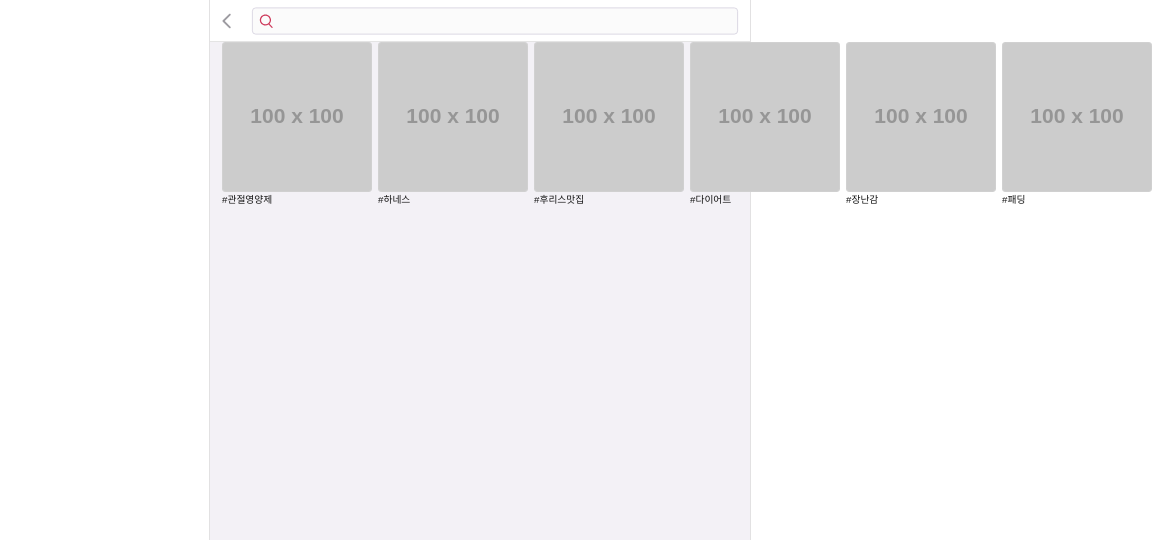
Repository: gosun1018/denguru
Page: search_review_item.html
The author's editor kept a copy of each file at every save. The page is drawn from the files as they stood at one save, then again after the next save.
The browser window is 1280 px wide. The page is 1552 px wide, then 1280 px, then 1552 px, so the pictures cover 1552 px, including what lies to the right of the window. The pictures show the whole page, at 75% of full size.
Some web fonts or font styles are not loaded; a fallback is used. The style sheet was rebuilt from its Sass, Less or Tailwind sources for each picture, by a compiler version that may differ from the author's.

Above is the page before, as saved 2020-04-06 11:03:40.

### search_review_item.html
<!DOCTYPE html>
<html lang="ko">
<head>
    <meta charset="UTF-8">
    <meta name="viewport" content="width=device-width, initial-scale=1.0">
    <title>리뷰제품 선택</title>
    <link rel="stylesheet" href="https://unpkg.com/swiper/css/swiper.min.css">
    <link rel="stylesheet" href="css/main.css">
    <script src="https://unpkg.com/swiper/js/swiper.min.js"></script>
</head>
<body>
    <div class="wrap">
        <header class="header02">
            <h1 class="blind">리뷰제품 선택</h1>
            <a href="javascript:document.referrer? history.back() : location.href = 'home_review_write.html'" class="btn_goback"><img src="images/icon-goback.svg" alt="뒤로가기" class="icon"></a>
            <div class="h_search_box">
                <form action="">
                    <label for="inpSearch" class="lab_search"><img src="images/icon-search.svg" alt="검색" class="icon_search"></label>
                    <input type="search" name="inpSearch" class="inp_search" id="inpSearch">
                    <button type="button" class="btn_del btn_linkstyle blind" id="btnDel"><img src="images/icon-del.svg" alt="취소" class="icon"></button>
                </form>
            </div>
        </header>

        <div class="main">
            <div class="pd_header02"></div>
            <div class="hash_list_container swiper-container">
                <h3 class="blind">인기 검색어</h3>
                <ul class="item_list04 swiper-wrapper">
                    <li class="item_box swiper-slide">
                        <a href="search_result.html">
                            <div class="item_thum"><img src="http://placehold.it/100x100" alt="#관절영양제" class="img"></div>
                            <div class="hash">#관절영양제</div>
                        </a>
                    </li>
                    <li class="item_box swiper-slide">
                        <a href="search_result.html">
                            <div class="item_thum"><img src="http://placehold.it/100x100" alt="#하네스" class="img"></div>
                            <div class="hash">#하네스</div>
                        </a>
                    </li>
                    <li class="item_box swiper-slide">
                        <a href="search_result.html">
                            <div class="item_thum"><img src="http://placehold.it/100x100" alt="#후리스맛집" class="img"></div>
                            <div class="hash">#후리스맛집</div>
                        </a>
                    </li>
                    <li class="item_box swiper-slide">
                        <a href="search_result.html">
                            <div class="item_thum"><img src="http://placehold.it/100x100" alt="#관절영양제" class="img"></div>
                            <div class="hash">#다이어트</div>
                        </a>
                    </li>
                    <li class="item_box swiper-slide">
                        <a href="search_result.html">
                            <div class="item_thum"><img src="http://placehold.it/100x100" alt="#하네스" class="img"></div>
                            <div class="hash">#장난감</div>
                        </a>
                    </li>
                    <li class="item_box swiper-slide">
                        <a href="search_result.html">
                            <div class="item_thum"><img src="http://placehold.it/100x100" alt="#후리스맛집" class="img"></div>
                            <div class="hash">#패딩</div>
                        </a>
                    </li>
                </ul>
            </div>
        </div>
    </div>

    <script>

        var swiper = new Swiper('.hash_list_container', {
            slidesPerView: 'auto',
            spaceBetween: 0,
        });

    </script>
</body>
</html>

### css/scss/main.scss
@charset "utf-8";

//utils
@import "utils/variables";
@import "utils/mixins";
@import "utils/animations";

// base
@import "base/reset";
@import "base/layout";
@import "base/typography";

//modules
@import "modules/swipercustom";
@import "modules/form";
@import "modules/button";
@import "modules/popup";
@import "modules/popover";
@import "modules/toast";
@import "modules/pagination";

//component
@import "component/header";
@import "component/navigation";
@import "component/itemlist";
@import "component/reviewlist";
@import "component/taglist";
@import "component/postlist";
@import "component/postcontent";

//pages
@import "pages/mainpg";
@import "pages/search";
@import "pages/resister-pet";
@import "pages/review";
@import "pages/home-item-info";
@import "pages/gostore";
@import "pages/store";
@import "pages/password-mail-complete";
@import "pages/my-main";
@import "pages/my-notification";
@import "pages/members";
@import "pages/withdrawal";
@import "pages/order-history";
@import "pages/mycomplain";
@import "pages/category-special";
@import "pages/pick";
@import "pages/personal-info";

### css/scss/utils/_mixins.scss
@mixin clearfix {
    &:after {
        content: '';
        display: block;
        clear: both;
    }
}

@mixin position-center($position) {
    position: $position;
    top: 50%;
    left: 50%;
    transform: translate(-50%, -50%);
}

@mixin one-line-ellipsis {
    white-space: nowrap;
    text-overflow: ellipsis;
    overflow: hidden;
}

@mixin multi-line-ellipsis ($line-height, $lines) {
    overflow: hidden;
    text-overflow: ellipsis;
    display: -webkit-box;
    -webkit-line-clamp: $lines;
    -webkit-box-orient: vertical;
    word-wrap: break-word;
    line-height: $line-height;
    height: $line-height * $lines * 1em;
}

@mixin circle ($box-size) {
    width: $box-size;
    height: $box-size;
    border-radius: $box-size / 2;
}

@mixin blind {
    position: absolute;
    overflow: hidden;
    clip: rect(0 0 0 0);
    margin: -1px;
    width: 1px;
    height: 1px;
}

@mixin layout-frame {
    width: 100%;
    max-width: 720px;
    min-width: 320px;
}

@mixin thumnail {
    position: relative;
    overflow: hidden;

    .img {
        position: absolute;
        top: 0;
        left: 0;
        width: 100%;
        height: 100%;
        object-fit: cover;
    }
}

@mixin thumnail-border($radius) {
    position: relative;

    &:after {
        content: '';
        position: absolute;
        top: 0;
        left: 0;
        width: 100%;
        height: 100%;
        box-sizing: border-box;
        border: 1px solid rgba($gray-2, 0.5);
        border-radius: $radius;
    }
}

@mixin btn-color-full($color) {
    background-color: $color;
    border: 1px solid $color;
}

### css/scss/utils/_animations.scss
@keyframes width-0-to-100 {
    from {
        width: 0;
    }

    to {
        width: 100%;
    }
}

### css/scss/base/_reset.scss
/* http://meyerweb.com/eric/tools/css/reset/
   v2.0 | 20110126
   License: none (public domain)
*/

html, body, div, span, applet, object, iframe, h1, h2, h3, h4, h5, h6, p, blockquote, pre, a, abbr, acronym, address, big, cite, code, del, dfn, em, img, ins, kbd, q, s, samp, small, strike, strong, sub, sup, tt, var, b, u, i, center, dl, dt, dd, ol, ul, li, fieldset, form, label, legend, table, caption, tbody, tfoot, thead, tr, th, td, article, aside, canvas, details, embed, figure, figcaption, footer, header, hgroup, menu, nav, output, ruby, section, summary, time, mark, audio, video {
    margin: 0;
    padding: 0;
    border: 0;
    font-size: 100%;
    font: inherit;
    vertical-align: baseline; }

  /* HTML5 display-role reset for older browsers */

  article, aside, details, figcaption, figure, footer, header, hgroup, menu, nav, section {
    display: block; }

  body {
    line-height: 1; }

  ol, ul {
    list-style: none; }

  blockquote, q {
    quotes: none; }

  blockquote {
    &:before, &:after {
      content: '';
      content: none; } }

  q {
    &:before, &:after {
      content: '';
      content: none; } }

  table {
    border-collapse: collapse;
    border-spacing: 0; }

  a {
    color: inherit;
    text-decoration: none;
  }
  :focus {
    outline-color: $main-color;
  }

### css/scss/modules/_swipercustom.scss
.swiper-pagination {

    .swiper-pagination-bullet {
        width: 8px;
        height: 8px;
    }
}
.swiper-container-horizontal>.swiper-pagination-bullets .swiper-pagination-bullet {
    margin: 0 $layout-small-padding;
}

.pagination_main {
    .swiper-pagination-bullet {
        background-color: #b8b3c3;
        opacity: 1;
    }
    .swiper-pagination-bullet-active {
        background-color: $main-color;
    }
}
.pagination_white {
    .swiper-pagination-bullet {
        background-color: #b8b3c3;
        opacity: 1;
    }
    .swiper-pagination-bullet-active {
        background-color: $gray-0;
    }
}
.swiper-pagination {font-size: 0;}

.items_wrap.swiper-container {
    padding: 0 $layout-base-padding 10px;
}

### css/scss/modules/_popover.scss
.popover_container {
    position: relative;
}
.popover {
    display: none;
    position: absolute;
    padding: 8px;
    border-radius: $base-border-radius;
    word-break: keep-all;
    font-size: $base-font-size;
    line-height: $base-line-height;
    box-shadow: 0 1px 4px rgba(0,0,0,0.15);

    &:before {
        content: '';
        position: absolute;
        display: block;
        width: 12px;
        height: 12px;
        // border: 5px solid transparent;
        background-repeat: no-repeat;
        background-size: contain;
        background-position: center bottom;
    }
    &.show {
        display: block;
    }
}
.popover_main {
    background-color: #ebe3ff;
    color: $base-font-color;
    border: 1px solid #cac2de;

    &.popover_right_top:before {
        background-image: url(/images/popover-triangle-main.png);
    }
}
.popover_right_top{
    top: calc(100% + 6px);
    right: -5px;

    &:before {
        top: -12px;
        right: 5px;
    }
}

### css/scss/modules/_toast.scss
.toast_box {
    position: fixed;
    bottom: $gnb-bottom-height;
    left: $layout-base-padding;
    right: $layout-base-padding;
    display: flex;
    justify-content: center;
    align-items: center;
    padding: $layout-small-padding;
    min-height: 48px;
    box-sizing: border-box;
    background-color: rgba(0,0,0,0.85);
    color: #fff;
    font-size: $base-font-size;
    line-height: $base-line-height;
    text-align: center;
    word-break: keep-all;
    border-radius: $large-border-radius;
    overflow: hidden;
    visibility: hidden;
    opacity: 0;
    transition: opacity .5s, visibility .5s, transform .5s;
    z-index: 900;

    &.show {
        opacity: 1;
        visibility: visible;
        transform: translate(0, $layout-small-padding*-1);
    }
}

### css/scss/modules/_pagination.scss
.pagination01 {
    display: flex;
    justify-content: center;

    .page {
        height: 24px;
        min-width: 24px;
        padding: 0 3px;
        box-sizing: border-box;
        border-radius: 12px;
        margin: 0 4px;
        text-align: center;
        font-size: $base-font-size;
        line-height: 24px;
        color: $light-font-color;

        &.active {
            background-color: $main-color;
            color: $gray-0;
            font-weight: 900;
        }
        &.disabled {
            opacity: .5;
        }
    }
    .page_link {
        display: block;
        width: 100%;
        height: 100%;

        .icon {
            padding-top: 3px;
            // height: 100%;
            object-fit: contain;
        }
    }
}

### css/scss/component/_taglist.scss
.tag_list01 {

    .tag_item {
        width: fit-content;
        float: left;

        .btn {
            margin: 0 4px;
        }
        &:first-child .btn {
            margin-left: $layout-base-padding;
        }
        &:last-child .btn {
            margin-right: $layout-base-padding;
        }

        &.active .btn {
            font-weight: bold;
            background-color: $secondary-color;
            border-color: $secondary-color;
        }
    }
}

### css/scss/component/_postlist.scss
.post_list_wrap {
    flex: 1;
    padding: $layout-small-padding 0 $layout-base-padding;
    background-color: $gray-0;

    .pagination01 {
        margin-top: $layout-base-padding * 2;
    }
}

.post_list01 {
    padding: 0 $layout-base-padding;

    .post_item {
        padding: $layout-base-padding 0;
        border-bottom: $light-border;
    }
    .post_date {
        margin-bottom: $layout-small-padding;
        font-size: $small-font-size;
        color: $light-font-color;
    }
    .post_title {
        font-size: $base-font-size;
        color: $bold-font-color;
        @include multi-line-ellipsis($base-line-height,2);
        height: auto;
        max-height: $base-line-height * 2em;

        .icon_new {
            height: 1em;
            vertical-align: middle;
        }
    }
}

### css/scss/pages/_gostore.scss
.h_load_bar_box {
    display: none;
    width: 100%;
    height: 4px;
    background-color: $bg-gray-color;
    overflow: hidden;

    &.show {
        display: block;
    }

    .h_load_bar {
        width: 0;
        height: 100%;
        background-color: $main-color;
        border-radius: 0 2px 2px 0;
        animation: ease-in-out 5s forwards width-0-to-100;
    }
}

.load_gostore_container {
    display: none;
    flex: 1;
    box-sizing: border-box;
    flex-direction: column;
    background-color: $gray-0;

    &.show {
        display: flex;
    }

    .load_img_container {
        display: flex;
        flex: 7;
        justify-content: center;
        align-items: center;
    }
    .load_img_box {
        width: 140px;
        margin: 0 auto 22px;
    }
    .load_txt_box {
        text-align: center;

        .txt01 {
            font-size: 20px;
            color: $base-font-color;
            font-weight: 900;
        }
        .txt02 {
            margin-top: $layout-small-padding;
            font-size: $large-font-size;
            color: $base-font-color;
        }
        .emph {
            color: $main-font-color;
        }
    }
    .load_notice_container {
        display: flex;
        justify-content: center;
        align-items: center;
        flex: 3;
        background-color: $gray-1;
        text-align: center;
        font-size: $small-font-size;
        line-height: $base-line-height;
        color: $light-font-color;
    }
}
.page_store {
    display: none;
    flex: 1;
    overflow-y: auto;
    overflow-x: hidden;

    &.show {
        display: block;
    }
}

### css/scss/pages/_password-mail-complete.scss
.mail_complete_container {
    height: 100vh;
    display: flex;
    flex-direction: column;
    justify-content: center;
    align-items: center;
    background-color: $gray-0;

    .img_motion_box {
        width: 140px;
        margin: 0 auto;

        .img {
            width: 100%;
        }
    }
    .mail_complete_txt01 {
        margin-top: $layout-large-padding;
        text-align: center;
        font-size: 20px;
        line-height: $narrow-line-height;
        font-weight: 900;

        .emph {
            color: #8054ea;
        }
    }
    .mail_complete_txt02 {
        margin-top: 12px;
        text-align: center;
        font-size: $base-font-size;
        line-height: $base-line-height;
        color: $base-font-color;
    }
    .btn_box {
        margin-top: 60px;
        justify-content: center;
    }
    .btn_mail_success {
        width: 90px;
        height: 40px;
        font-size: $large-font-size;
        line-height: 40px;
    }
}

### css/scss/pages/_my-notification.scss
.notification_list_container {
    background-color: $gray-0;

    .notification_box {
        position: relative;
        padding: $layout-large-padding $layout-base-padding;

        &:not(:first-child):before {
            content: '';
            display: block;
            position: absolute;
            top: 0;
            left: $layout-base-padding;
            right: $layout-base-padding;
            height: 1px;
            background-color: $gray-1;
        }
    }
    .notification_new {
        background-color: $bg-gray-color;
    }
    .notification_link {
        display: flex;
    }
    .icon_box {
        flex-shrink: 0;
        width: 24px;
        height: 24px;
        margin-right: $layout-base-padding;
    }
    .notification_content {
        flex: 1;
    }
    .notification_title {
        font-size: $base-font-size;
        color: $bold-font-color;
        line-height: $base-line-height;
    }
    .notification_date {
        margin-top: 4px;
        font-size: $small-font-size;
        color: $light-font-color;
    }
    .notification_img {
        margin-top: $layout-base-padding;
    }
}

### css/scss/pages/_withdrawal.scss
.withdrawal_title_container {
    padding: $layout-base-padding*2 $layout-base-padding;
    background-color: $gray-0;

    .img_box {
        height: 64px;

        .img {
            height: 100%;
            object-fit: contain;
        }
    }
    .withdrawal_title {
        margin-top: $layout-base-padding;
        font-size: $title-font-size;
        font-weight: bold;
        color: $bold-font-color;
    }
}
.withdrawal_info_container {
    padding: $layout-large-padding 0;

    .withdrawal_item_num {
        font-weight: bold;
        color: $main-font-color;
    }
    .title07 {
        margin: 0 $layout-base-padding;
    }
}
.withdrawal_item_box {
    margin-bottom: $layout-large-padding;

    .withdrawal_item_list_container {
        margin-top: $layout-small-padding;
    }
    .thumb_box {
        width: 56px;
        height: 56px;
        overflow: hidden;
        border-radius: $base-border-radius;
        @include thumnail;
    }
    .withdrawal_item_bnr {
        margin: $layout-base-padding $layout-base-padding 0;
    }
}
.withdrawal_notice_box {
    padding: 0 $layout-base-padding;

    .withdrawal_notice {
        margin-top: $layout-small-padding;
        font-size: $small-font-size;
        color: $base-font-color;
        line-height: $base-line-height;
    }
}
.withdrawal_btn_container {
    flex: 1;
    padding: $layout-large-padding $layout-base-padding;
    background-color: $gray-0;

    .btn_box {
        margin-top: $layout-large-padding;
    }
}

### css/scss/pages/_category-special.scss
.category_wrap {
    background-color: $gray-0;

    .title08 {
        padding: $layout-large-padding $layout-base-padding 0;
    }
}

.special_wrap {
    margin-top: $layout-small-padding;
    padding-bottom: $layout-large-padding;
    flex: 1;
    background-color: $gray-0;

    .title08 {
        padding: $layout-large-padding $layout-base-padding 0;
    }
    .store_list_hash {
        padding-bottom: 0;
    }
    .banner_list {
        padding: 0 $layout-base-padding;
    }
    .banner_box{
        border-radius: $base-border-radius;
        overflow: hidden;

        &:not(:last-child) {
            margin-bottom: $layout-base-padding;
        }
    }
}
.special_item_list_container {

    .title09 {
        padding: 0 $layout-base-padding;
        margin-bottom: $layout-base-padding;
    }
}
.event_post_content_wrap {
    padding-top: $layout-large-padding;
    background-color: $gray-0;

    .title06 {
        margin: 0 $layout-base-padding $layout-base-padding;
    }
}

### css/scss/pages/_personal-info.scss
.recommand_password_container {
    flex: 1;
    display: flex;
    flex-direction: column;
    justify-content: center;
    // align-items: center;
    background-color: $gray-0;
    padding: 48px 0;
}
.recommand_password_title_box {
    margin-bottom: $layout-large-padding;
    font-size: $title-font-size;
    font-weight: bold;
    color: $bold-font-color;
    line-height: $narrow-line-height;
}
.recommand_password_img_box {
    margin: 0 auto $layout-base-padding;
    height: 96px;
    text-align: center;

    .img {
        height: 100%;
    }
}
.recommand_password_txt_box {
    padding: 0 $layout-base-padding;
    margin-bottom: $layout-large-padding;
    font-size: $base-font-size;
    color: $base-font-color;
    line-height: $base-line-height;
}
.change_password_form_container {
    padding: 0 $layout-base-padding*2;

    .btn {
        font-size: $base-font-size;
        height: 40px;
        line-height: 38px;
    }
    .inp_box04 {
        margin-bottom: $layout-base-padding;
    }
    .inp_txt::placeholder {
        font-size: 12px;
    }
    @media screen and (max-width: 359px) {
        padding: 0 $layout-base-padding;
    }
}

Loaded but not shown: css/scss/component/_reviewlist.scss (493 lines, source omitted); css/scss/modules/_form.scss (459 lines, source omitted); css/scss/pages/_search.scss (451 lines, source omitted); css/scss/component/_header.scss (459 lines, source omitted); css/scss/pages/_review.scss (399 lines, source omitted); css/scss/component/_itemlist.scss (324 lines, source omitted); css/scss/pages/_my-main.scss (264 lines, source omitted); css/scss/pages/_store.scss (238 lines, source omitted); css/scss/modules/_popup.scss (241 lines, source omitted); css/scss/pages/_home-item-info.scss (180 lines, source omitted); css/scss/pages/_order-history.scss (188 lines, source omitted); css/scss/component/_navigation.scss (177 lines, source omitted); css/scss/pages/_members.scss (167 lines, source omitted); css/scss/pages/_resister-pet.scss (162 lines, source omitted); css/scss/modules/_button.scss (181 lines, source omitted); css/scss/component/_postcontent.scss (143 lines, source omitted); css/scss/pages/_mycomplain.scss (126 lines, source omitted); css/scss/pages/_mainpg.scss (130 lines, source omitted); css/scss/base/_typography.scss (112 lines, source omitted); css/scss/base/_layout.scss (118 lines, source omitted); css/scss/utils/_variables.scss (81 lines, source omitted); css/scss/pages/_pick.scss (88 lines, source omitted)

After the next save:
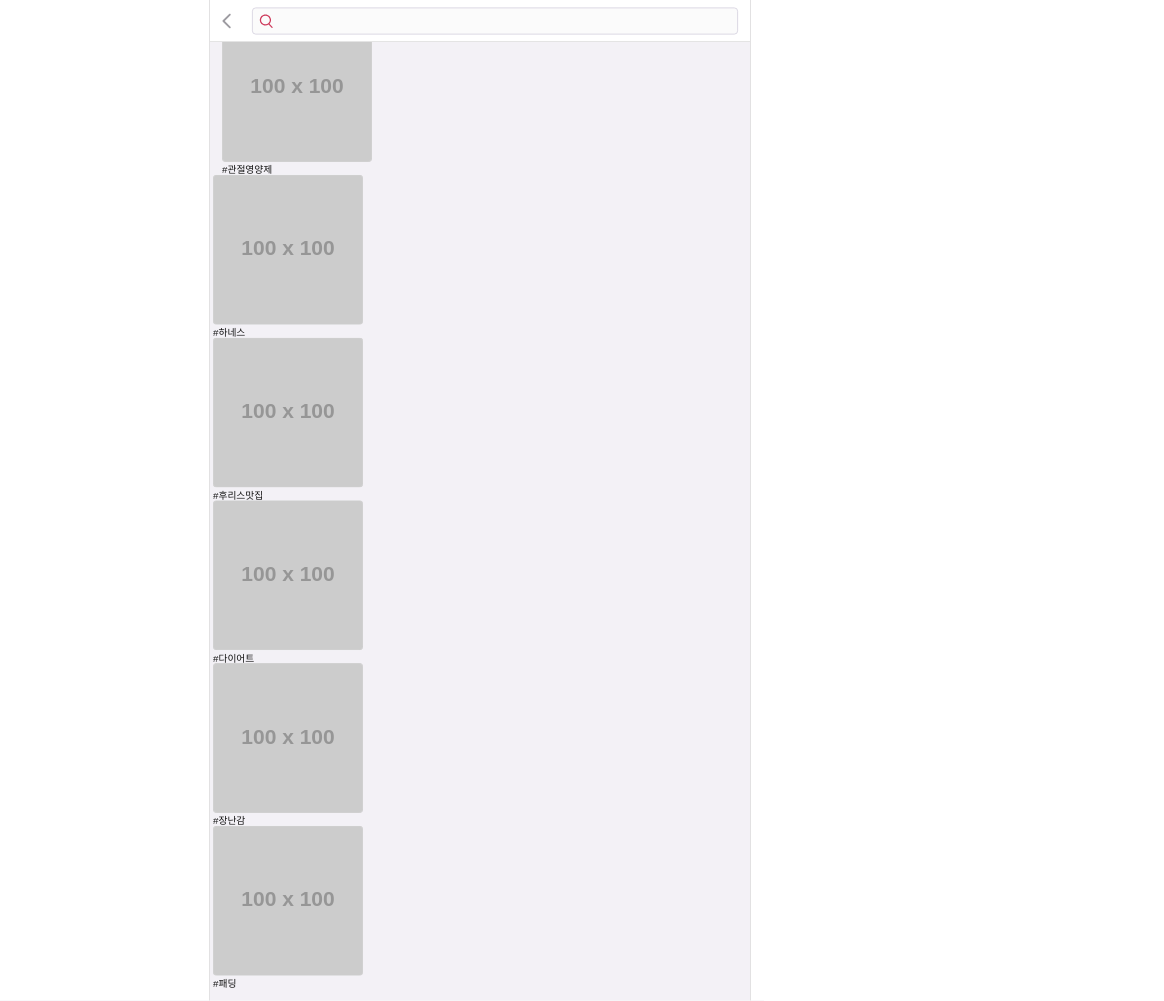
Console error: ReferenceError: Swiper is not defined
Saved 75 s later.
--- a/search_review_item.html
+++ b/search_review_item.html
@@ -4,9 +4,7 @@
     <meta charset="UTF-8">
     <meta name="viewport" content="width=device-width, initial-scale=1.0">
     <title>리뷰제품 선택</title>
-    <link rel="stylesheet" href="https://unpkg.com/swiper/css/swiper.min.css">
     <link rel="stylesheet" href="css/main.css">
-    <script src="https://unpkg.com/swiper/js/swiper.min.js"></script>
 </head>
 <body>
     <div class="wrap">
@@ -23,9 +21,8 @@
         </header>
 
         <div class="main">
-            <div class="pd_header02"></div>
-            <div class="hash_list_container swiper-container">
-                <h3 class="blind">인기 검색어</h3>
+            <div class=" hash_list_container swiper-container">
+                <h3 class="title02">인기 검색어</h3>
                 <ul class="item_list04 swiper-wrapper">
                     <li class="item_box swiper-slide">
                         <a href="search_result.html">
@@ -70,7 +67,7 @@
 
     <script>
 
-        var swiper = new Swiper('.hash_list_container', {
+         var swiper = new Swiper('.hash_list_container', {
             slidesPerView: 'auto',
             spaceBetween: 0,
         });

After the save that followed:
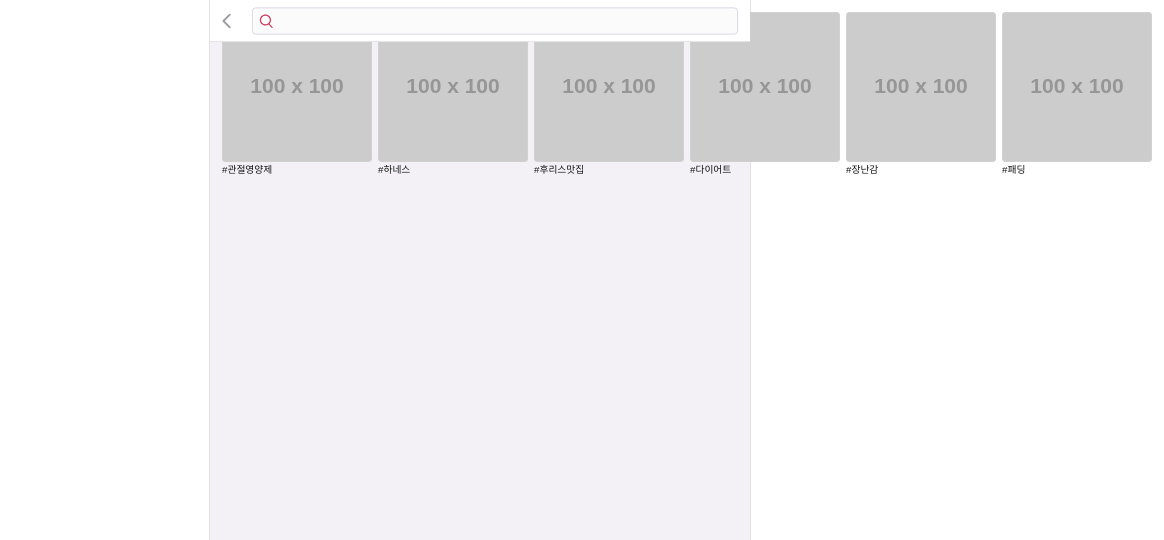
The error is gone.
Saved 15 s later.
--- a/search_review_item.html
+++ b/search_review_item.html
@@ -4,7 +4,9 @@
     <meta charset="UTF-8">
     <meta name="viewport" content="width=device-width, initial-scale=1.0">
     <title>리뷰제품 선택</title>
+    <link rel="stylesheet" href="https://unpkg.com/swiper/css/swiper.min.css">
     <link rel="stylesheet" href="css/main.css">
+    <script src="https://unpkg.com/swiper/js/swiper.min.js"></script>
 </head>
 <body>
     <div class="wrap">
